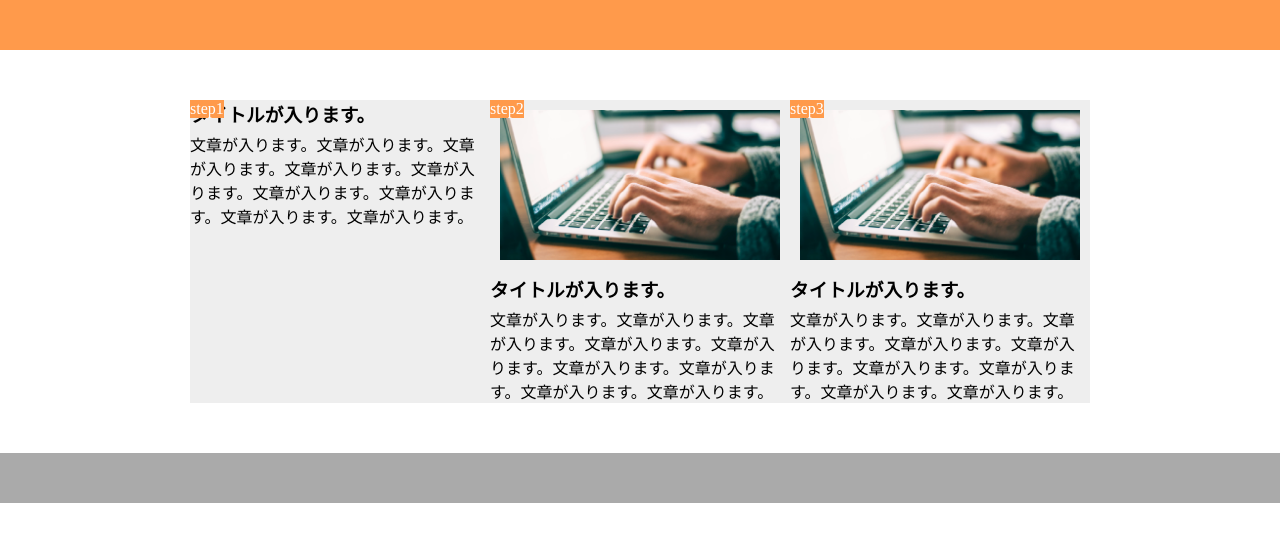
Repository: papisi-zu/book1
Page: exercises9/exercises9.html
The author's editor kept a record of every edit. The page is drawn from the files as they stood at one moment, then again after the next edit.
The browser window is 1280 px wide. The pictures show the whole page.

Above is the page before.

After the next edit:
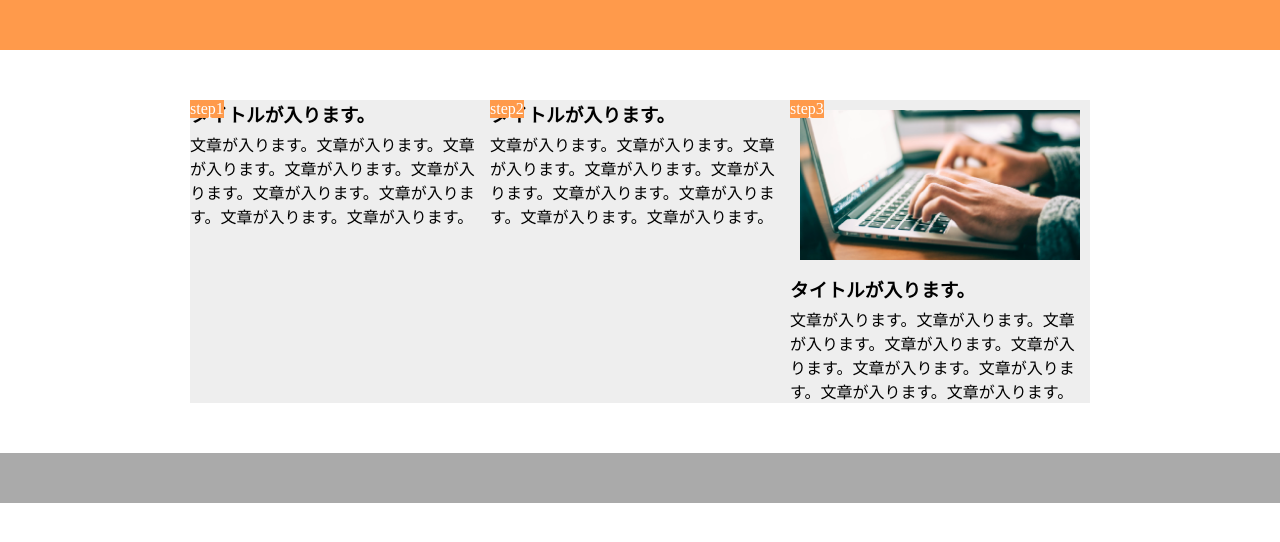
The edit:
--- a/exercises9/exercises9.html
+++ b/exercises9/exercises9.html
@@ -17,7 +17,7 @@
       </section>
       <section class="main-box">
         <span class="step">step2</span>
-        <div class="step-image"></div>
+        <div class="step-image2"></div>
         <h3 class="main-title">タイトルが入ります。</h3>
         <P class="main-text">文章が入ります。文章が入ります。文章が入ります。文章が入ります。文章が入ります。文章が入ります。文章が入ります。文章が入ります。文章が入ります。</P>
       </section>
